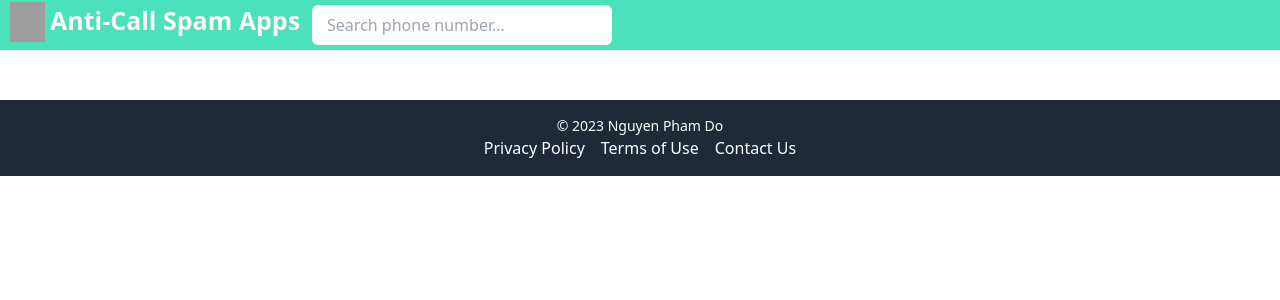
Repository: NPham1402/Web-user-callSpamBlocker
Page: /detail
The author's editor kept a copy of each file at every save. The page is drawn from the files as they stood at one save, then again after the next save.
The browser window is 1280 px wide. The pictures show the whole page.
Pictures or frames that could not be fetched are drawn as grey boxes. The project was rebuilt for these pictures with package versions that can differ from the ones it lists, and the page was loaded fresh each time. The framework's server and built-in components were replaced by stand-ins that run in the browser. Also part of the build but not shown: next.config.js.

Above is the page before, as saved 2023-02-09 20:50:28.

After the next save:
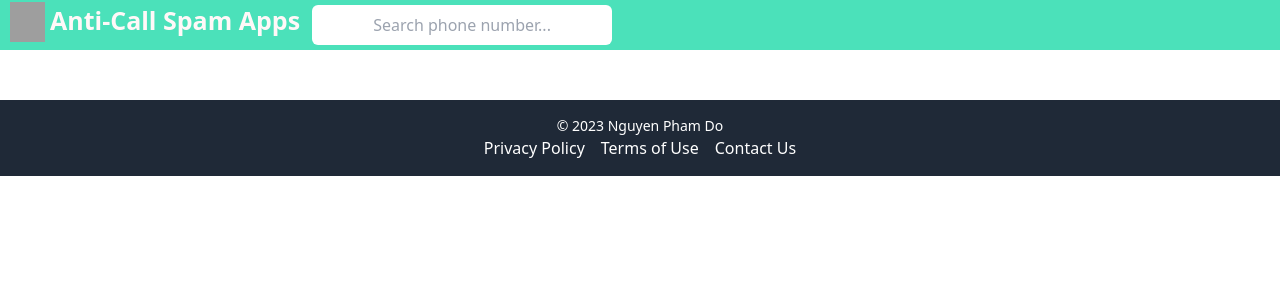
Saved 18 s later.
--- a/pages/detail.js
+++ b/pages/detail.js
@@ -26,7 +26,7 @@ function detail() {
             Anti-Call Spam Apps
           </p>
           <input
-            className="w-[300px] h-[40px] ml-[12px] mt-[3px] rounded-[6px] p-[15px]"
+            className="w-[300px] h-[40px] text-center ml-[12px] mt-[3px] rounded-[6px] p-[15px]"
             placeholder="Search phone number..."
           />
         </div>
